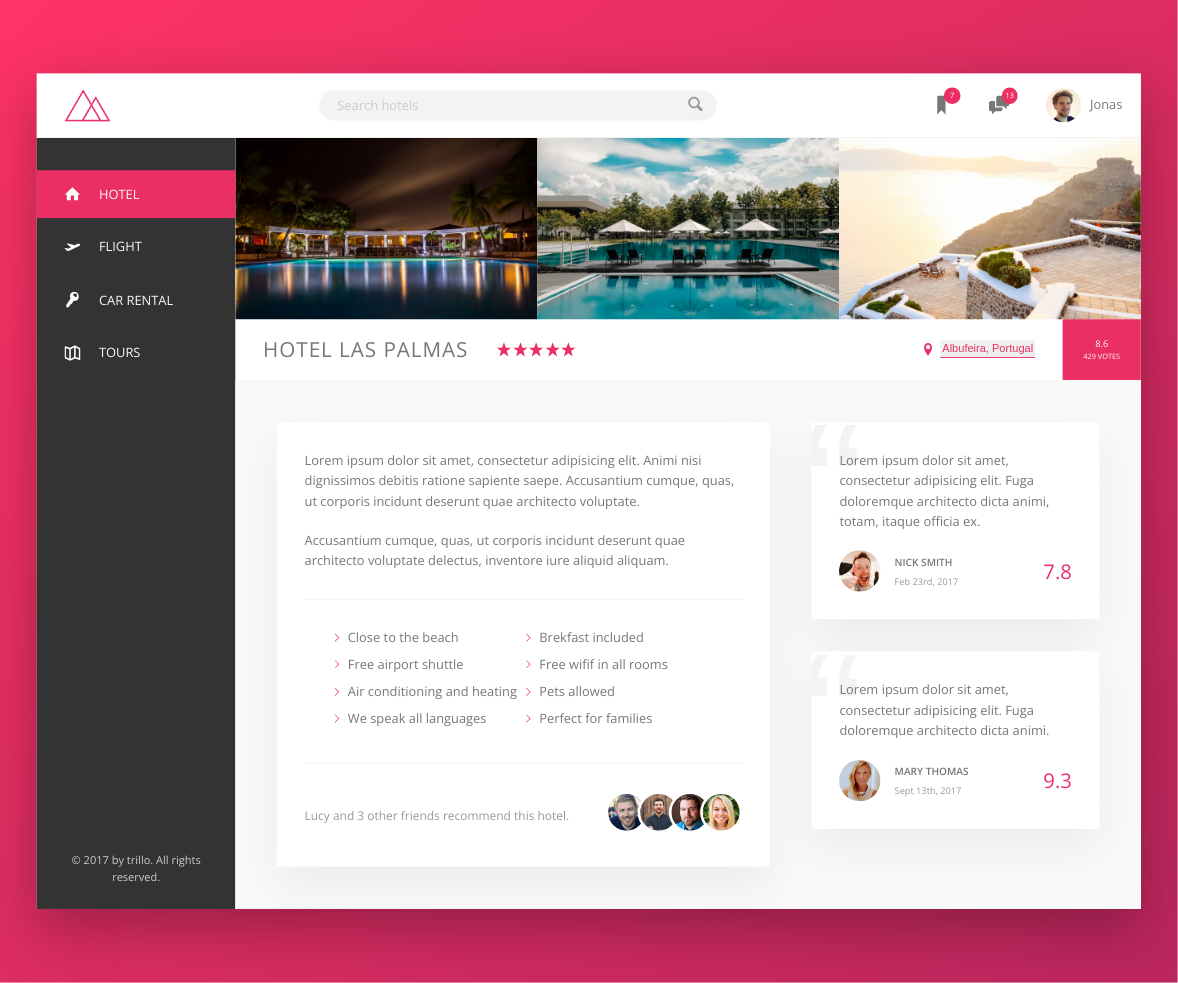
Repository: MalgorzataMazur/Trillo
Page: index.html
An editor plug-in stored every save of this project. The page is shown before and after the next save, followed by the edit.
The browser window is 1280 px wide. The pictures show the whole page, at 92% of full size.
The style sheet was rebuilt from its Sass, Less or Tailwind sources for each picture, by a compiler version that may differ from the author's.

Above is the page before, as saved 2020-03-27 21:31:48.

After the next save:
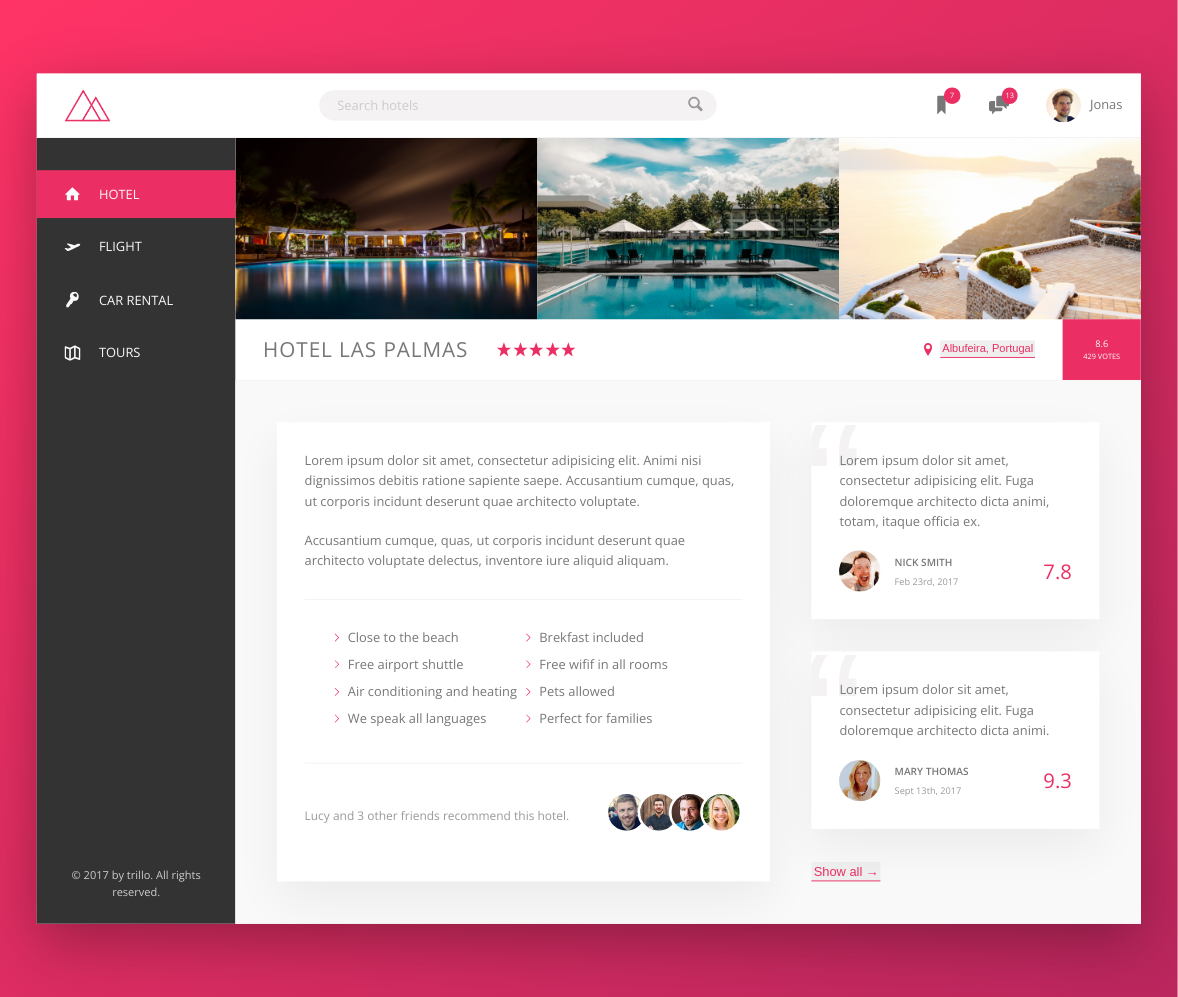
Saved 2 min 42 s later.
--- a/index.html
+++ b/index.html
@@ -195,6 +195,7 @@
                                 </figcaption>
                             </figure>
 
+                            <button class="btn-inline">Show all <span>&rarr;</span></button>
                             </div>
                         </div>
 
